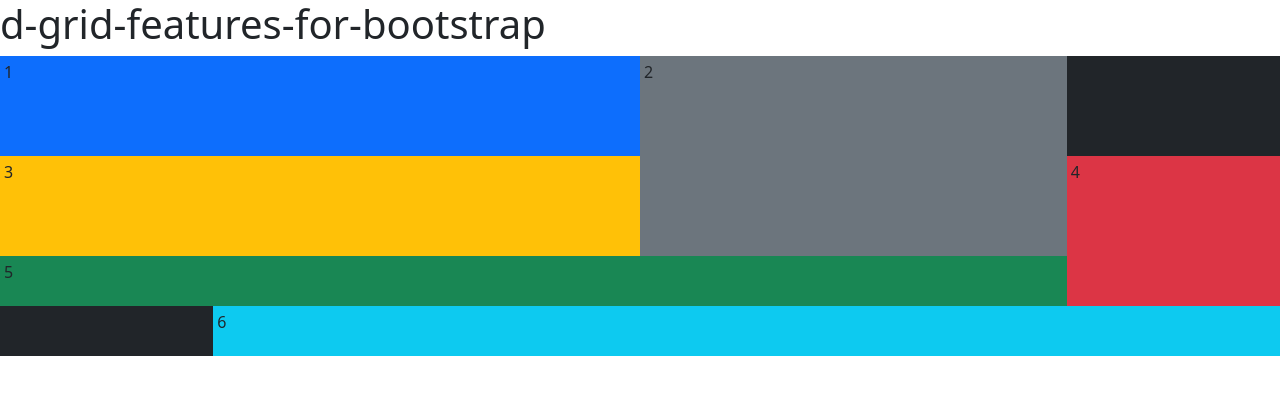
Repository: LynxPardelle/d-grid-features-for-bootstrap
Page: index.html
These files come from the project's save history. The page is drawn as it stood at one moment and after the next save; the edit follows.
The browser window is 1280 px wide. The pictures show the whole page.

Above is the page before, as saved 2021-10-20 04:45:33.

### index.html
<!DOCTYPE html>
<html lang="en">
<head>
  <meta charset="UTF-8">
  <meta http-equiv="X-UA-Compatible" content="IE=edge">
  <meta name="viewport" content="width=device-width, initial-scale=1.0">
  <title>d-grid-features-for-bootstrap</title>
  <link href="https://cdn.jsdelivr.net/npm/bootstrap@5.1.3/dist/css/bootstrap.min.css" rel="stylesheet" integrity="sha384-1BmE4kWBq78iYhFldvKuhfTAU6auU8tT94WrHftjDbrCEXSU1oBoqyl2QvZ6jIW3" crossorigin="anonymous">
</head>
<body>
  <h1>d-grid-features-for-bootstrap</h1>

  <!-- <section class="d-grid bg-dark" data-gfbs data-gfbs-gtc="repeat(4, 1fr)" data-gfbs-gtr="repeat(2, 100px)" > -->
    <!-- <section class="d-grid bg-dark" data-gfbs data-gfbs-gta='"f f b c c a"" f f d e e a"'> -->
      <section class="d-grid bg-dark" data-gfbs data-gfbs-gt='
      [row1-start] "a a b ." 50px [row1-end]
      [row2-start] "a a b ." 50px [row2-end]
      [row3-start] "c c b d" 50px [row3-end]
      [row4-start] "c c b d" 50px [row4-end]
      [row5-start] "e e e d" 50px [row5-end]
      [row6-start] ". f f f" 50px [row6-end]
      / 1fr 2fr 2fr 1fr'>
    <div data-gfbs data-gfbs-ga="a" class="grid-element bg-primary p-1">
      1
    </div>

    <div data-gfbs data-gfbs-ga="b" class="grid-element bg-secondary p-1">
      2
    </div>
    <div data-gfbs data-gfbs-ga="c" class="grid-element bg-warning p-1">
      3
    </div>
    <div data-gfbs data-gfbs-ga="d" class="grid-element bg-danger p-1">
      4
    </div>
    <div data-gfbs data-gfbs-ga="e" class="grid-element bg-success p-1">
      5
    </div>
    <div data-gfbs data-gfbs-ga="f" class="grid-element bg-info p-1">
      6
    </div>
  </section>

  <script src="https://cdn.jsdelivr.net/npm/bootstrap@5.1.3/dist/js/bootstrap.bundle.min.js" integrity="sha384-ka7Sk0Gln4gmtz2MlQnikT1wXgYsOg+OMhuP+IlRH9sENBO0LRn5q+8nbTov4+1p" crossorigin="anonymous"></script>
  <script src="./d-grid.js"></script>
</body>
</html>

### d-grid.js
"use strict";

let gridElements = document.querySelectorAll("[data-gfbs]");
console.log(gridElements);

for (let gridElement of gridElements) {
  for (let attribute of gridElement.attributes) {
    if (attribute.localName.includes("gfbs-")) {

      console.log(attribute);

      let at = attribute.localName
      let attValue = attribute.value;
      console.log(attValue);
      console.log(typeof attValue);
      switch(true){
        /* Container */
        case at.includes("custom"):
          gridElement.style.cssText += attValue;
        break;
        case at.includes("gtc"):
          gridElement.style.gridTemplateColumns = attValue;
        break;
        case at.includes("gtr"):
          gridElement.style.gridTemplateRows = attValue;
        break;
        case at.includes("gta"):
          gridElement.style.gridTemplateAreas = attValue;
        break;
        case at.includes("gt"):
          gridElement.style.gridTemplate = attValue;
        break;
        case at.includes("cg"):
          gridElement.style.columnGap = attValue;
        break;

        /* Item */
        case at.includes("ga"):
          gridElement.style.gridArea = attValue;
        break;
      }
    }
  }
}

After the next save:
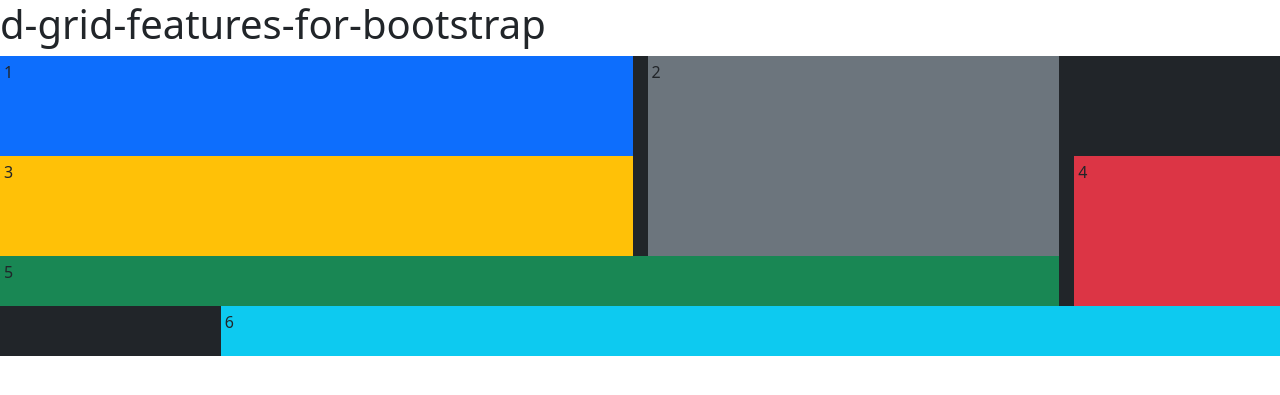
Saved 17 s later.
--- a/index.html
+++ b/index.html
@@ -19,7 +19,8 @@
       [row4-start] "c c b d" 50px [row4-end]
       [row5-start] "e e e d" 50px [row5-end]
       [row6-start] ". f f f" 50px [row6-end]
-      / 1fr 2fr 2fr 1fr'>
+      / 1fr 2fr 2fr 1fr'
+      data-gfbs-cg="15px">
     <div data-gfbs data-gfbs-ga="a" class="grid-element bg-primary p-1">
       1
     </div>
